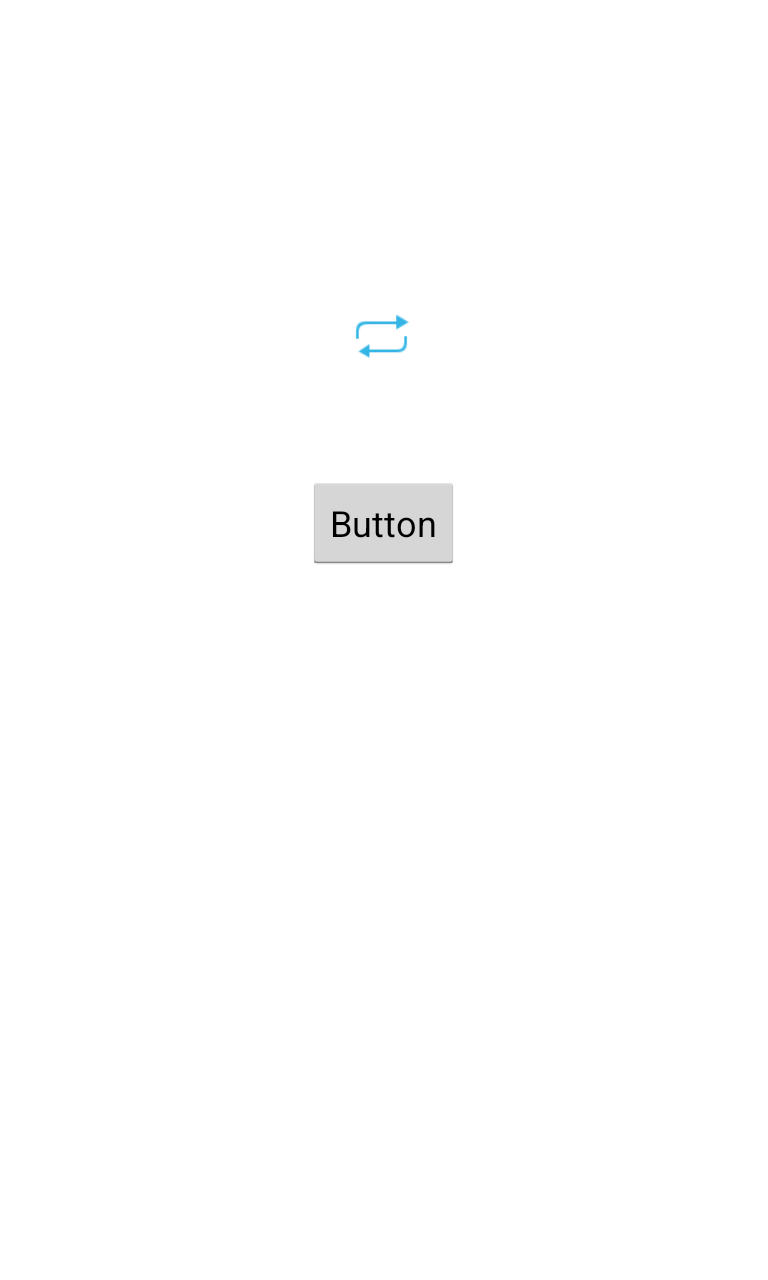
Repository: Tentjx/togit
Layout: workspace/Shared/res/layout/activity_main.xml
These files come from the project's save history. The layout is drawn as it stood at one moment and after the next save; the edit follows.
It is drawn on a 768 x 1280 px phone screen (xhdpi) without system bars, with theme AppTheme; the app's code is not run.

Above is the layout before, as saved 2015-01-06 12:53:45.

### workspace/Shared/res/layout/activity_main.xml
<RelativeLayout xmlns:android="http://schemas.android.com/apk/res/android"
    xmlns:tools="http://schemas.android.com/tools"
    android:layout_width="match_parent"
    android:layout_height="match_parent"
    android:paddingBottom="@dimen/activity_vertical_margin"
    android:paddingLeft="@dimen/activity_horizontal_margin"
    android:paddingRight="@dimen/activity_horizontal_margin"
    android:paddingTop="@dimen/activity_vertical_margin"
    tools:context=".MainActivity" >

    <Button
        android:id="@+id/button1"
        android:layout_width="wrap_content"
        android:layout_height="wrap_content"
        android:layout_below="@+id/imageView1"
        android:layout_centerHorizontal="true"
        android:layout_marginTop="48dp"
        android:text="Button" />

    <ImageView
        android:id="@+id/imageView1"
        android:layout_width="wrap_content"
        android:layout_height="wrap_content"
        android:layout_alignParentTop="true"
        android:layout_centerHorizontal="true"
        android:layout_marginTop="130dp"
        android:src="@drawable/ic_mp_repeat_all_btn"
        android:tag="循环全部" />

    <TextView
        android:id="@+id/textView1"
        android:layout_width="match_parent"
        android:layout_height="match_parent"
        android:layout_alignParentTop="true"
        android:layout_marginRight="25dp"
        android:layout_marginTop="28dp"
        android:layout_toLeftOf="@+id/button1"
        />

</RelativeLayout>

Loaded but not shown: workspace/Shared/res/values/styles.xml (common file); workspace/Shared/res/values-v11/styles.xml (common file); workspace/Shared/res/values-v14/styles.xml (common file); workspace/Shared/res/values/dimens.xml (common file)

After the next save:
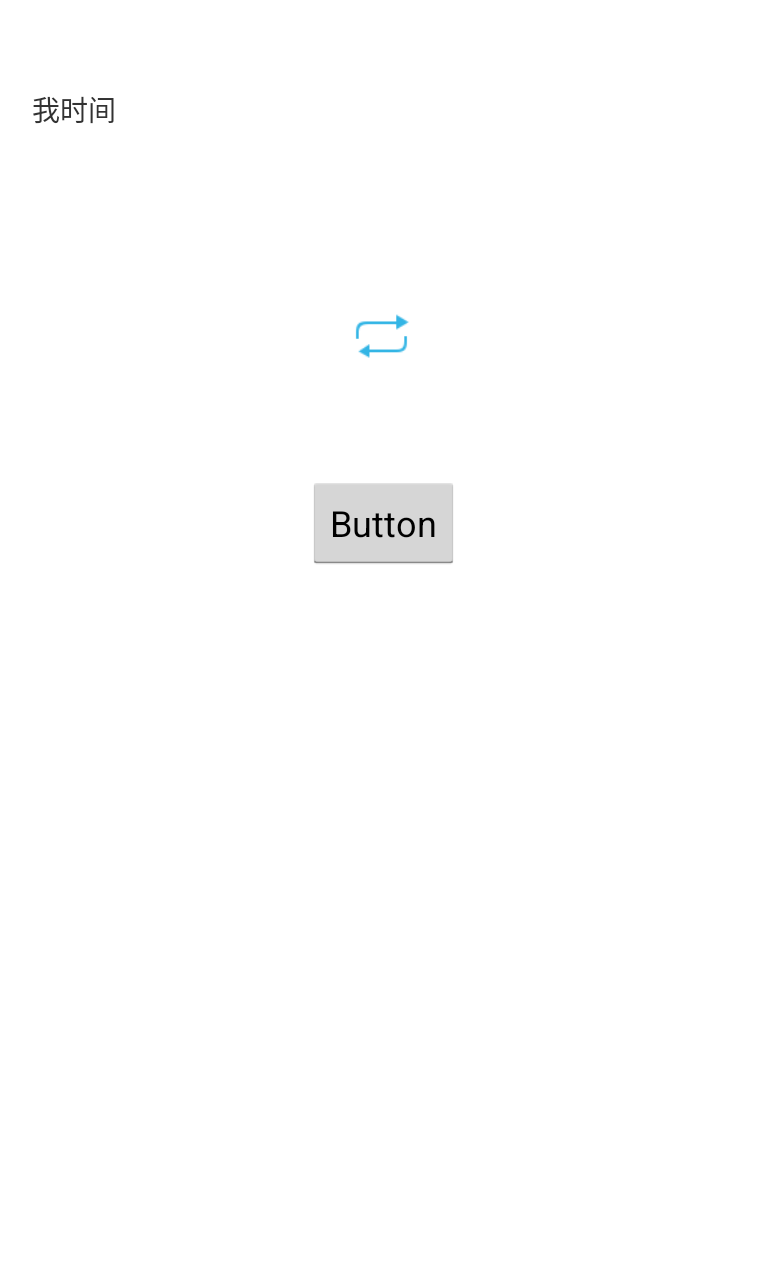
Saved 2 min 44 s later.
--- a/workspace/Shared/res/layout/activity_main.xml
+++ b/workspace/Shared/res/layout/activity_main.xml
@@ -35,6 +35,7 @@
         android:layout_marginRight="25dp"
         android:layout_marginTop="28dp"
         android:layout_toLeftOf="@+id/button1"
+        android:text="我时间"
         />
 
 </RelativeLayout>
